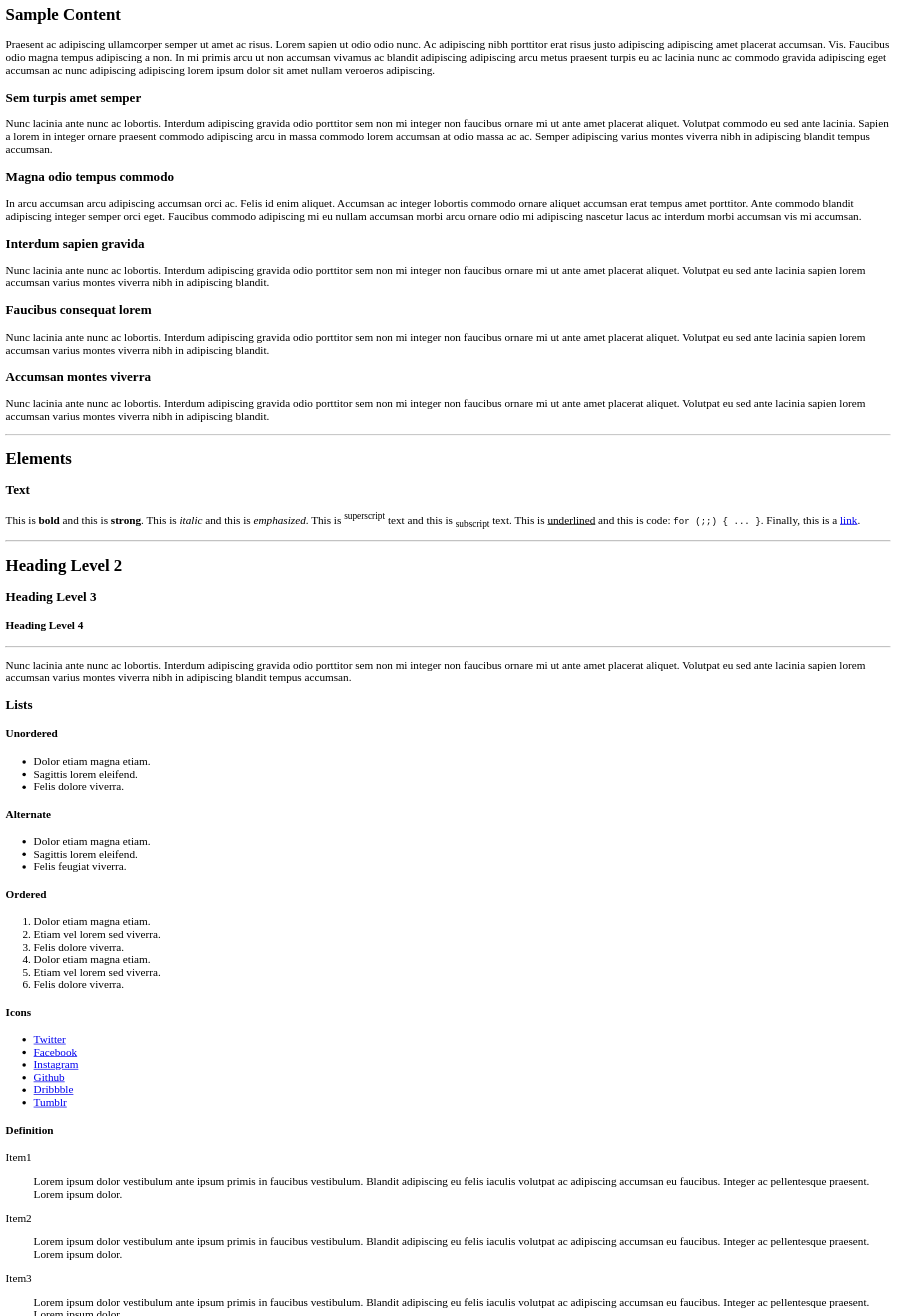
Repository: noCountJun/blog
Page: http://localhost/blogProject2/WEB-INF/views/board/boardDetail.jsp
The author's editor kept a copy of each file at every save. The page is drawn from the files as they stood at one save, then again after the next save.
The browser window is 1280 px wide. The page is 1288 px wide, so the pictures cover 1288 px, including what lies to the right of the window. The pictures show the part of the page from y = 0 to 1880 px (the page is 7682 px tall before and 7660 px after), at 70% of full size.
The page is served by Tomcat 9. Nobody is signed in. The template is opened directly, without the code that normally fills it, so the values that code supplies are empty.

Above is the page before, as saved 2019-08-23 07:48:54.

After the next save:
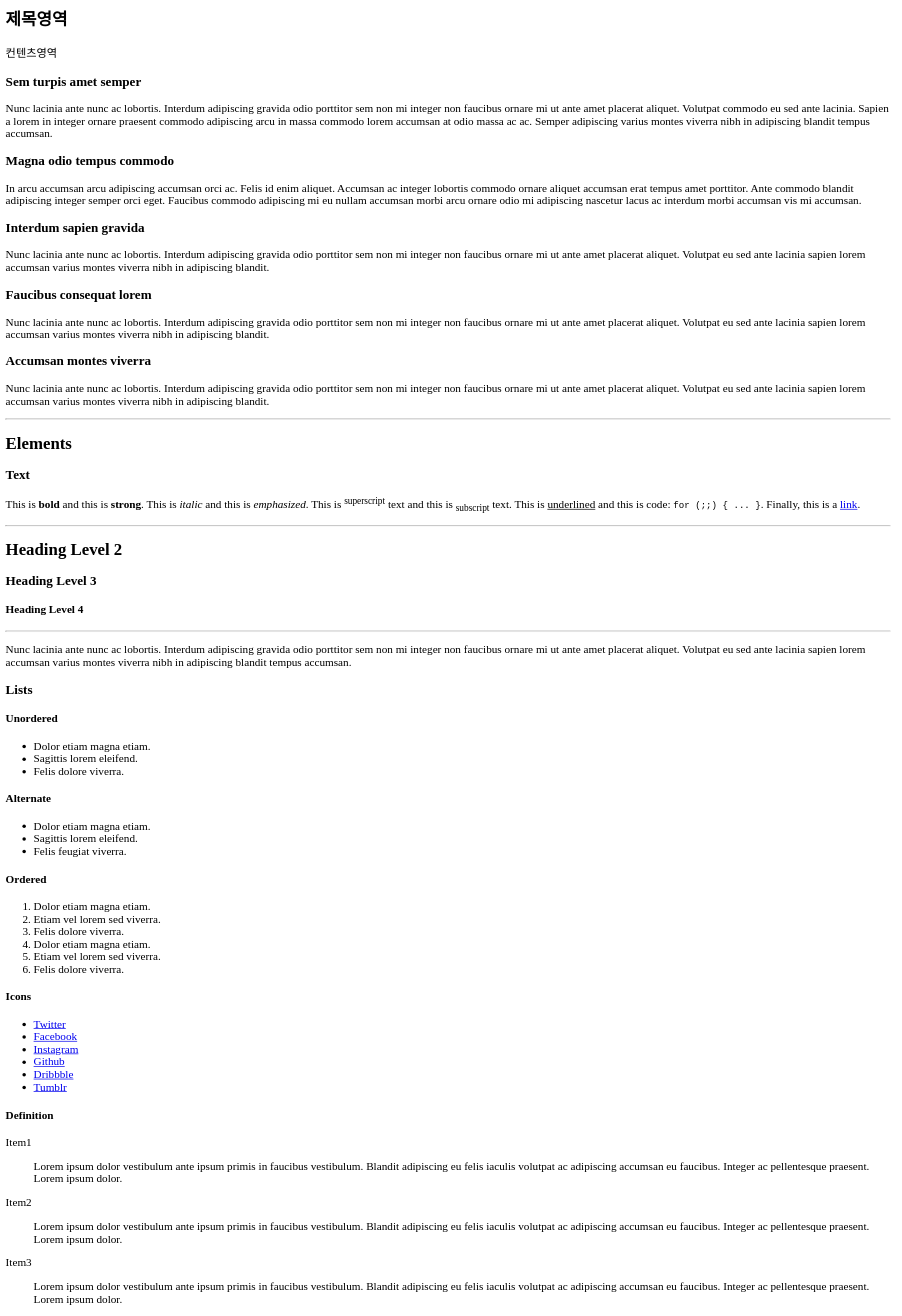
Saved 22 s later.
--- a/blogProject2/src/main/webapp/WEB-INF/views/board/boardDetail.jsp
+++ b/blogProject2/src/main/webapp/WEB-INF/views/board/boardDetail.jsp
@@ -6,11 +6,12 @@
 <section>
 
 	<!-- Content -->
-		<h2 id="content">Sample Content</h2>
-
-		Praesent ac adipiscing ullamcorper semper ut amet ac risus. Lorem sapien ut odio odio nunc. Ac adipiscing nibh porttitor erat risus justo adipiscing adipiscing amet placerat accumsan. Vis. Faucibus odio magna tempus adipiscing a non. In mi primis arcu ut non accumsan vivamus ac blandit adipiscing adipiscing arcu metus praesent turpis eu ac lacinia nunc ac commodo gravida adipiscing eget accumsan ac nunc adipiscing adipiscing lorem ipsum dolor sit amet nullam veroeros adipiscing.
+		<h2 id="content">제목영역</h2>
+
+		컨텐츠영역
 
 		<p/>
+
 		<div class="row">
 			<div class="col-6 col-12-small">
 				<h3>Sem turpis amet semper</h3>
